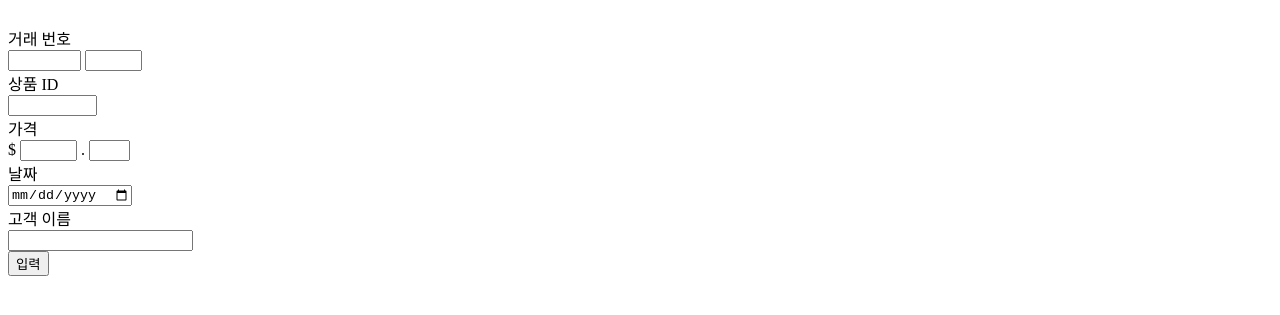
Repository: hm-park-dev/db-hw-project
Page: http://localhost/dbhw/Main/transactionInput.jsp
These files come from the project's save history. The page is drawn as it stood at one moment and after the next save; the edit follows.
The browser window is 1280 px wide. The pictures show the whole page.
The page is served by Tomcat 9. Other server files are loaded and not shown.

Above is the page before, as saved 2020-12-24 13:18:01.

### dbhw/WebContent/Main/transactionInput.jsp
<%@ page language="java" contentType="text/html; charset=EUC-KR"
    pageEncoding="EUC-KR"%>
<!DOCTYPE html>
<html>
<head>
<meta charset="EUC-KR">
<title>Transaction Input</title>
</head>
<body>
	<form name="transactionInsertForm" id="transactionInsertForm" action="transactionInsert.jsp">
		<br>
		거래 번호
		<br>
		<input type="text" name="transactionNumber1" id="transactionNumber1" size="6" maxlength="6">
		<input type="text" name="transactionNumber2" id="transactionNumber2" size="4" maxlength="4">
		<br>
		상품 ID
		<br>
		<input type="text" name="productID" id="productID" size="8" maxlength="8">
		<br>
		가격
		<br>
		$
		<input type="text" name="transactionNumber1" id="transactionNumber1" size="4" maxlength="4">
		.
		<input type="text" name="transactionNumber2" id="transactionNumber2" size="2" maxlength="2">
		<br>
		날짜
		<br>
		<input type="date" name="transactionDate" id="transactionDate">
		<br>
		고객 이름
		<br>
		<input type="text" name="customerName" id="customerName" maxlength="30">
		<br>
	</form>
	<input type="button" value="입력" id="transactionInput" OnClick="javascript:Insert();">
</body>
</html>

After the next save:
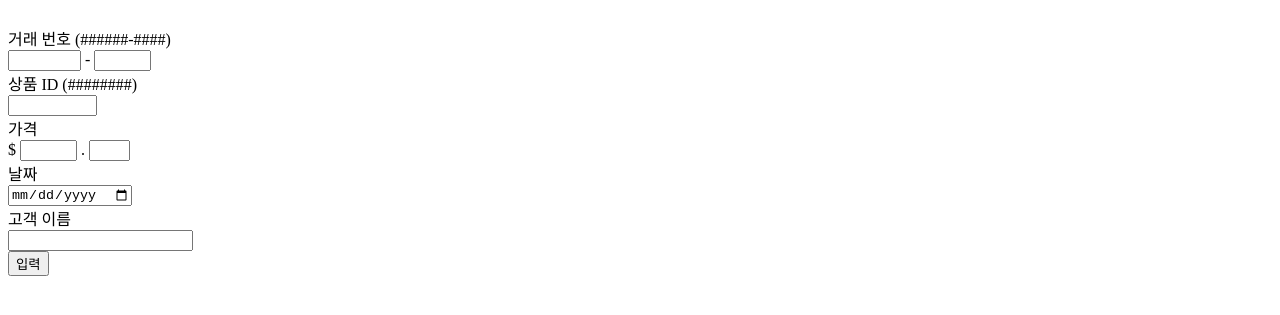
Saved 3 s later.
--- a/dbhw/WebContent/Main/transactionInput.jsp
+++ b/dbhw/WebContent/Main/transactionInput.jsp
@@ -6,24 +6,82 @@
 <meta charset="EUC-KR">
 <title>Transaction Input</title>
 </head>
+<script>
+	function Insert()
+	{
+		var InsertForm = document.customerInsertForm;
+		if(!InsertForm.transactionNumber1.value) {
+			alert("거래 번호를 입력해주세요.");
+			InsertForm.transactionNumber1.focus();
+			return ;
+		}
+		if(InsertForm.transactionNumber1.value.length != 6) {
+			alert("거래 번호를 형식에 맞게 입력해주세요.");
+			InsertForm.transactionNumber1.focus();
+			return ;
+		}
+		if(!InsertForm.transactionNumber2.value) {
+			alert("거래 번호를 입력해주세요.");
+			InsertForm.transactionNumber2.focus();
+			return ;
+		}
+		if(InsertForm.transactionNumber2.value.length != 4) {
+			alert("거래 번호를 형식에 맞게 입력해주세요.");
+			InsertForm.transactionNumber2.focus();
+			return ;
+		}
+		if(!InsertForm.productID.value) {
+			alert("상품 ID를 입력해주세요.");
+			InsertForm.productID.focus();
+			return ;
+		}
+		if(InsertForm.productID.value.length != 8) {
+			alert("상품 ID를 형식에 맞게 입력해주세요.");
+			InsertForm.productID.focus();
+			return ;
+		}
+		if(!InsertForm.price1.value) {
+			alert("가격을 입력해주세요.");
+			InsertForm.price1.focus();
+			return ;
+		}
+		if(!InsertForm.price2.value) {
+			alert("가격을 입력해주세요.");
+			InsertForm.price2.focus();
+			return ;
+		}
+		if(!InsertForm.transactionDate.value) {
+			alert("날짜를 입력해주세요.");
+			InsertForm.transactionDate.focus();
+			return ;
+		}
+		if(!InsertForm.customerName.value) {
+			alert("고객 이름을 입력해주세요.");
+			InsertForm.customerName.focus();
+			return ;
+		}
+		InsertForm.submit();
+	}
+</script>
 <body>
 	<form name="transactionInsertForm" id="transactionInsertForm" action="transactionInsert.jsp">
 		<br>
-		거래 번호
+		거래 번호 (######-####)
 		<br>
 		<input type="text" name="transactionNumber1" id="transactionNumber1" size="6" maxlength="6">
+		-
 		<input type="text" name="transactionNumber2" id="transactionNumber2" size="4" maxlength="4">
 		<br>
-		상품 ID
+		상품 ID (########)
 		<br>
 		<input type="text" name="productID" id="productID" size="8" maxlength="8">
 		<br>
 		가격
 		<br>
 		$
-		<input type="text" name="transactionNumber1" id="transactionNumber1" size="4" maxlength="4">
+		<input type="text" name="price1" id="price1" size="4" maxlength="4">
 		.
-		<input type="text" name="transactionNumber2" id="transactionNumber2" size="2" maxlength="2">
+		<input type="text" name="price1" id="price2" size="2" maxlength="2">
 		<br>
 		날짜
 		<br>
